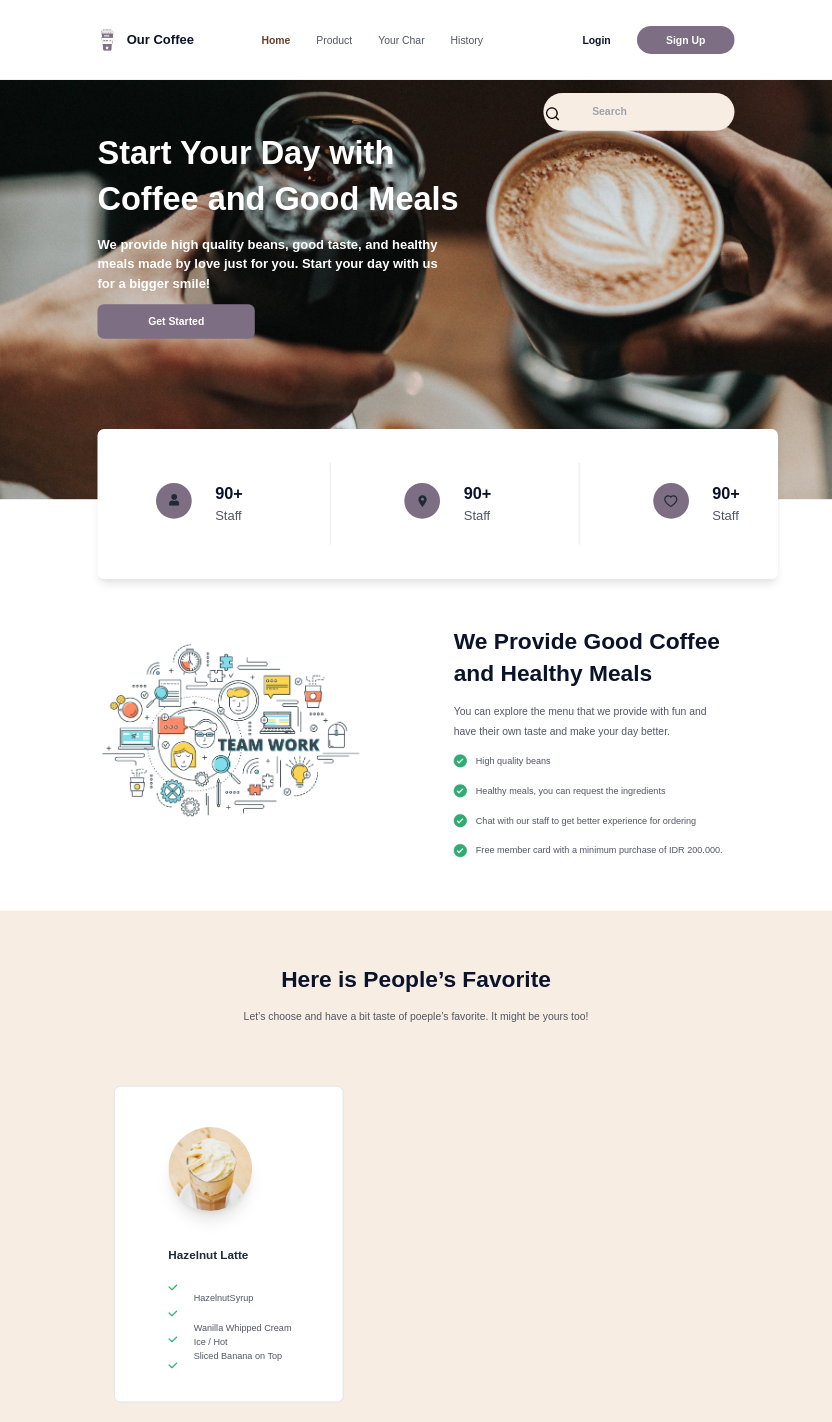
Repository: boykebn/fw12-collab2-FRONTEND
Page: / (app in our/)
The author's editor kept a copy of each file at every save. The page is drawn from the files as they stood at one save, then again after the next save.
The browser window is 1280 px wide. The pictures show the whole page, at 65% of full size.
The project was rebuilt for these pictures with package versions that can differ from the ones it lists, and the page was loaded fresh each time. The framework's server and built-in components were replaced by stand-ins that run in the browser. Also part of the build but not shown: our/next.config.js.

Above is the page before, as saved 2022-12-30 23:15:18.

### our/pages/_app.js
import '../styles/globals.css'
import { Provider } from 'react-redux'
import {store} from '../redux/store'

export default function App({ Component, pageProps }) {
  return (
  <Provider store={store}>
    <Component {...pageProps} />
  </Provider>
  )
}

### our/pages/index.js
import React from "react";
import Image from "next/image";
import logo from "../assets/logoOurCoffee.png";
import Link from "next/link";
import search from "../assets/search.png";
import profileIcon from "../assets/profile-icon.png";
import { FaUser } from "react-icons/fa";
import { MdLocationOn } from "react-icons/md";
import { AiOutlineHeart } from "react-icons/ai";
import layer2 from "../assets/img-layer2.png";
import ceklis from "../assets/ceklis.png";
import food1 from "../assets/food1.png";
import food2 from "../assets/food2.png";
import food3 from "../assets/food3.png";
import ceklis2 from "../assets/ceklis2.png";

export default function Home() {
  return (
    <div className="font-rubik">
      <div className="px-[150px] py-[45px] flex items-center">
        <div className="flex flex-1 items-center">
          <Image src={logo} alt="logo" className="w-[30px] h-[33px] mr-[15px]" />
          <span className="text-[#0B132A] text-[20px] font-bold leading-[23px]">Our Coffee</span>
        </div>
        <div className=" text-[#4F5665] text-[16px] mr-[153px]">
          <span className="font-bold text-[#6A4029] mr-[40px]">Home</span>
          <span className="mr-[40px]">Product</span>
          <span className="mr-[40px]">Your Char</span>
          <span>History</span>
        </div>
        <div className="text-[16px] font-[600] leading-[19px]">
          <Link href="#" className="mr-[40px] text-[#0B132A]">
            Login
          </Link>
          <Link href="#" className="text-white border-1 bg-[#7d6e83] py-[13px] px-[45px] rounded-[50px]">
            Sign Up
          </Link>
        </div>
      </div>
      <div className="bg-[url('../assets/background-home.png')] h-[645px] ">
        <div className="px-[150px] flex">
          <div className="pt-[78px] mr-auto">
            <p className="text-white text-[50px] font-bold leading-[70px] w-[570px] mb-[20px]">Start Your Day with Coffee and Good Meals</p>
            <p className="text-white text-[20px] font-bold leading-[30px] w-[555px] mb-[32px]">We provide high quality beans, good taste, and healthy meals made by love just for you. Start your day with us for a bigger smile!</p>
            <Link href="#" className="text-white text-[16px] font-bold border-1 px-[78px] py-[18px] bg-[#7d6e83] rounded-[10px]">
              Get Started
            </Link>
          </div>
          <div className="pt-[20px]">
            <Image src={search} alt="search" className="absolute top-[165px] right-[420px]" />
            <input placeholder="Search" className="focus:outline-none bg-[#f8ede3] py-[17px] pl-[75px] font-[900] rounded-[30px]" />
          </div>
        </div>
      </div>
      <div className="pl-[90px] pr-[59px] py-[53px] border-1 bg-white absolute left-[150px] top-[660px] rounded-[10px] flex items-center shadow-lg mb-[103px]">
        <div className="flex">
          <div className="mr-[36px]">
            <FaUser className="w-[16px] h-[18px] absolute left-[110px] top-[100px]" />
            <div className="border-1 bg-[#7d6e83] w-[55px] h-[55px] rounded-[50%] \"></div>
          </div>
          <div className="mr-[134px]">
            <p className="text-[#0B132A] text-[25px] font-bold leading-[30px] mb-[5px]">90+</p>
            <p className="text-[#4F5665] text-[20px] leading-[30px]">Staff</p>
          </div>
        </div>
        <hr className="bg-[#EEEFF2] w-[2px] h-[125px] mr-[113px]" />
        <div className="flex">
          <div className="mr-[36px]">
            <MdLocationOn className="w-[22px] h-[26px] absolute left-[489px] top-[98px]" />
            <div className="border-1 bg-[#7d6e83] w-[55px] h-[55px] rounded-[50%] \"></div>
          </div>
          <div className="mr-[134px]">
            <p className="text-[#0B132A] text-[25px] font-bold leading-[30px] mb-[5px]">90+</p>
            <p className="text-[#4F5665] text-[20px] leading-[30px]">Staff</p>
          </div>
        </div>
        <hr className="bg-[#EEEFF2] w-[2px] h-[125px] mr-[113px]" />
        <div className="flex">
          <div className="mr-[36px]">
            <AiOutlineHeart className="w-[24px] h-[28px] absolute left-[870px] top-[97px]" />
            <div className="border-1 bg-[#7d6e83] w-[55px] h-[55px] rounded-[50%] \"></div>
          </div>
          <div className="">
            <p className="text-[#0B132A] text-[25px] font-bold leading-[30px] mb-[5px]">90+</p>
            <p className="text-[#4F5665] text-[20px] leading-[30px]">Staff</p>
          </div>
        </div>
      </div>
      <div className="pt-[193px] px-[150px] flex mb-[82px]">
        <div className="mr-[139px]">
          <Image src={layer2} alt="img-layer-2" />
        </div>
        <div>
          <div className="mb-[20px]">
            <p className="text-[#0B132A] text-[35px] font-bold leading-[50px] w-[432px] mb-[19px]">We Provide Good Coffee and Healthy Meals</p>
            <p className="text-[#4F5665] text-[16px] leading-[30px] w-[427px]">You can explore the menu that we provide with fun and have their own taste and make your day better.</p>
          </div>
          <div className="flex">
            <div className="mr-[13px]">
              <Image src={ceklis} alt="ceklis" className="mb-[25px]" />
              <Image src={ceklis} alt="ceklis" className="mb-[25px]" />
              <Image src={ceklis} alt="ceklis" className="mb-[25px]" />
              <Image src={ceklis} alt="ceklis" />
            </div>
            <div className="text-[#4F5665] text-[14px]">
              <p className="mb-[25px]">High quality beans</p>
              <p className="mb-[25px]">Healthy meals, you can request the ingredients</p>
              <p className="mb-[25px]">Chat with our staff to get better experience for ordering</p>
              <p>Free member card with a minimum purchase of IDR 200.000.</p>
            </div>
          </div>
        </div>
      </div>
      <div className="bg-[#f8ede3]">
        <div className="pt-[80px] text-center mb-[90px]">
          <p className="text-[#0B132A] text-[35px] leading-[50px] font-bold mb-[19px]">Here is People’s Favorite</p>
          <p className="text-[#4F5665] text-[16px] leading-[30px] ">Let’s choose and have a bit taste of poeple’s favorite. It might be yours too!</p>
        </div>
        <div className="px-[175px] flex">
          <div className="border-2 bg-white rounded-[10px] pt-[62px] pl-[82px] pr-[79px] pb-[50px] mb-[30px]">
            <div className="mb-[30px]">
              <Image src={food1} alt="food1" className="rounded-[50%] shadow-xl mb-[53px]" />
              <p className="text-[18px] leading-[30px] font-bold">Hazelnut Latte</p>
            </div>
            <div className="flex items-center">
              <div className="mr-[25px]">
                <Image src={ceklis2} alt="ceklis2" className="mb-[30px]" />
                <Image src={ceklis2} alt="ceklis2" className="mb-[30px]" />
                <Image src={ceklis2} alt="ceklis2" className="mb-[30px]" />
                <Image src={ceklis2} alt="ceklis2" />
              </div>
              <div className="text-[#4F5665] text-[14px]">
                <p className="mb-[25px]">HazelnutSyrup</p>
                <p className="mb-[0px]">Wanilla Whipped Cream</p>
                <p className="mb-[0px]">Ice / Hot</p>
                <p>Sliced Banana on Top</p>
              </div>
            </div>
          </div>
        </div>
      </div>
    </div>
  );
}

### our/styles/globals.css
@tailwind base;
@tailwind components;
@tailwind utilities;

@import url("https://fonts.googleapis.com/css2?family=Rubik&display=swap");

### our/redux/store.js
import { configureStore } from '@reduxjs/toolkit';
import thunk from 'redux-thunk'
import reducer from './reducers';
import {persistStore} from 'redux-persist'

const store = configureStore({
    reducer,
    middleware: [thunk]
})

const persistor = persistStore(store)

export {store, persistor}

### our/redux/reducers/index.js
import {combineReducers} from '@reduxjs/toolkit';
import {persistReducer} from 'redux-persist'
import storage from 'redux-persist/lib/storage'
import auth from './auth'

const authConfig = {
    key: 'auth',
    storage
}

const reducer = combineReducers({
    auth: persistReducer(authConfig, auth),
})

export default reducer

### our/redux/reducers/auth.js
import {createSlice} from '@reduxjs/toolkit'

const initialState = {
    token: null
}

const authReducer = createSlice({
    name: 'auth',
    initialState,
    reducers: {
        logout: (state, action) => {
            return initialState
        }
    },
    extraReducers: (build) => {
    }
})

export const { logout } = authReducer.actions

export default authReducer.reducer

### our/tailwind.config.js
/** @type {import('tailwindcss').Config} */
module.exports = {
  content: ["./pages/**/*.{js,ts,jsx,tsx}", "./components/**/*.{js,ts,jsx,tsx}"],
  theme: {
    extend: {
      fontFamily: {
        rubik: ["Rubik", "sans-serif"],
      },
    },
  },
  plugins: [require("daisyui")],
};

After the next save:
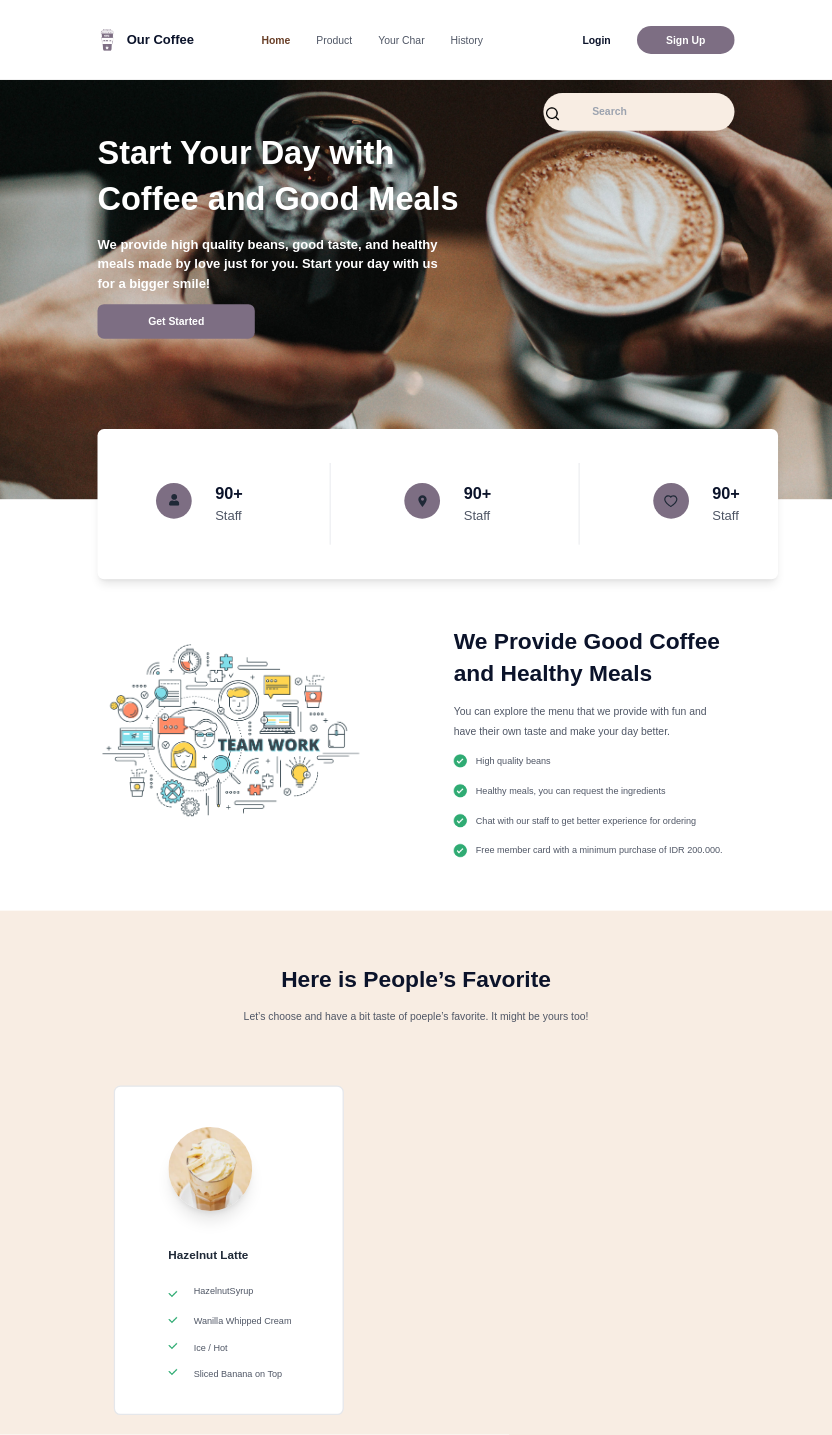
Saved 10 s later.
--- a/our/pages/index.js
+++ b/our/pages/index.js
@@ -131,8 +131,8 @@ export default function Home() {
               </div>
               <div className="text-[#4F5665] text-[14px]">
                 <p className="mb-[25px]">HazelnutSyrup</p>
-                <p className="mb-[0px]">Wanilla Whipped Cream</p>
-                <p className="mb-[0px]">Ice / Hot</p>
+                <p className="mb-[20px]">Wanilla Whipped Cream</p>
+                <p className="mb-[20px]">Ice / Hot</p>
                 <p>Sliced Banana on Top</p>
               </div>
             </div>
